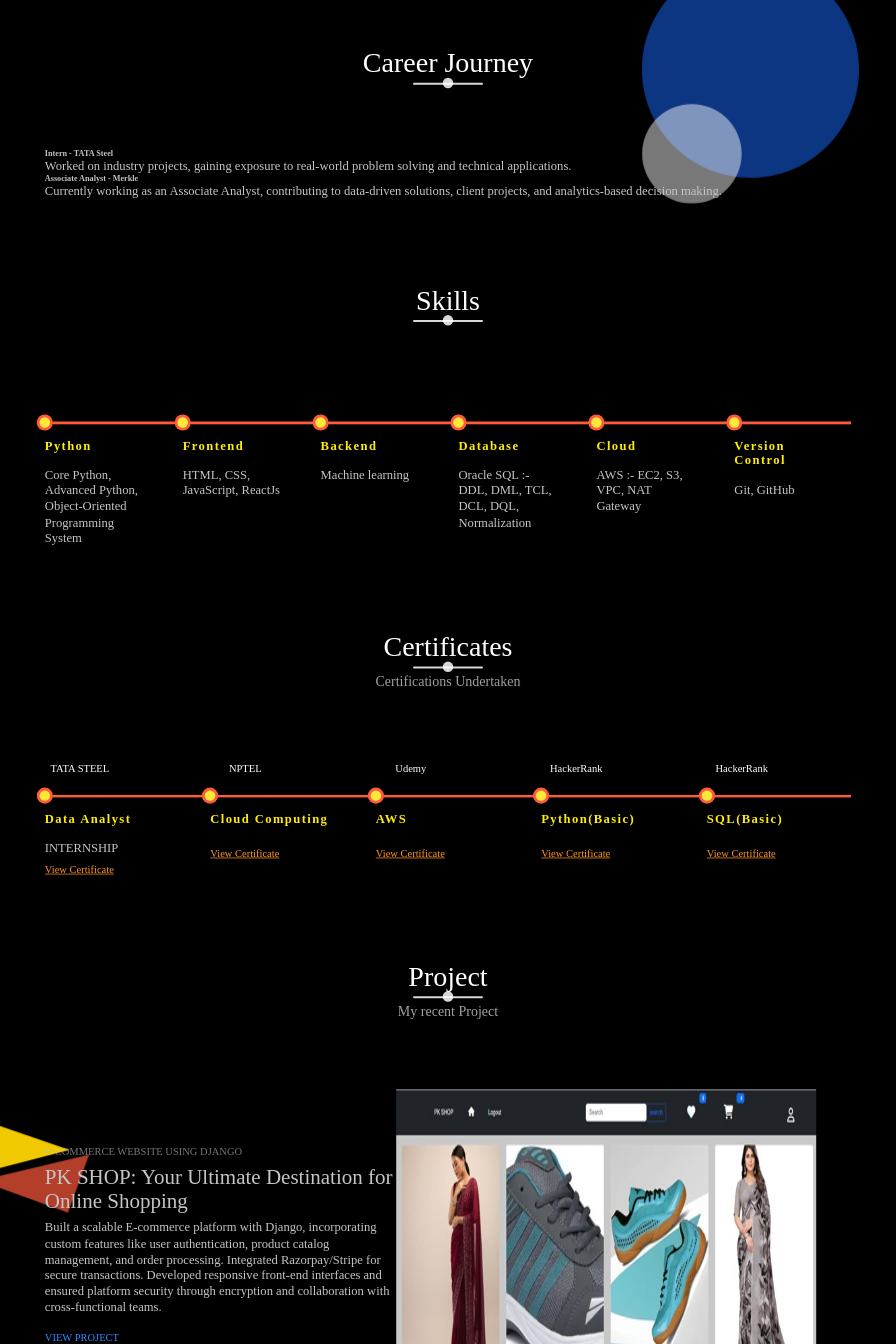
Repository: purushottam7660/Portfolio
Page: index.html
These files come from the project's save history. The page is drawn as it stood at one moment and after the next save; the edit follows.
The browser window is 1280 px wide. The pictures show the part of the page from y = 1203 to 3123 px (the page is 6793 px tall before and 6841 px after), at 70% of full size.
A picture or video elsewhere on the page could not be fetched, so the positions and the page height are approximate. Some web fonts or font styles are not loaded; a fallback is used.

Above is the page before, as saved 2025-08-16 13:22:41.

After the next save:
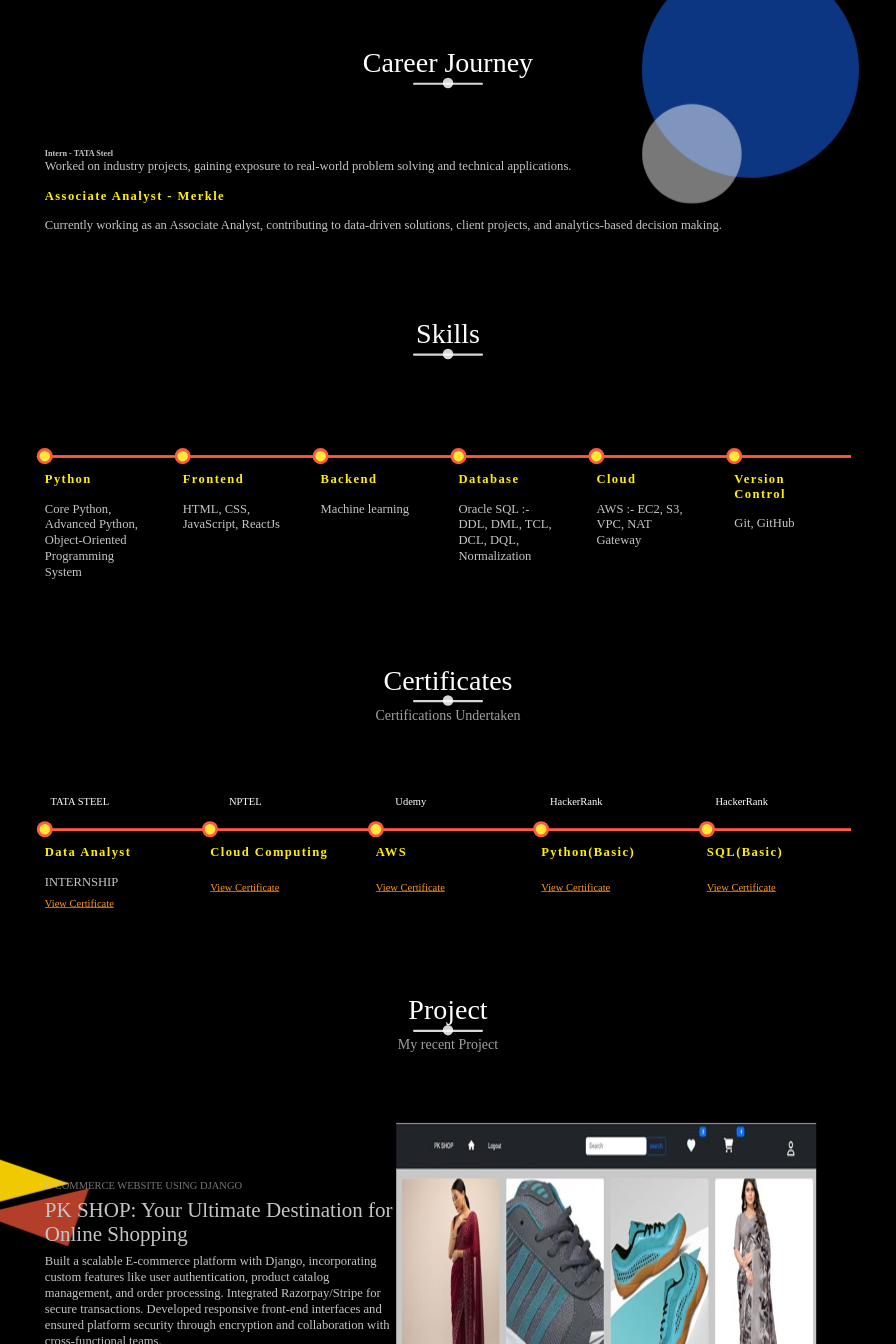
Saved 52 s later.
--- a/index.html
+++ b/index.html
@@ -163,7 +163,7 @@
                         applications.</p>
                 </div>
 
-                <div class="career-item" data-aos="fade-right" data-aos-delay="600ms">
+                <div class="skill" data-aos="fade-right" data-aos-delay="600ms">
                     <h3>Associate Analyst - Merkle</h3>
                     <p>Currently working as an Associate Analyst, contributing to data-driven solutions, client projects,
                         and analytics-based decision making.</p>
